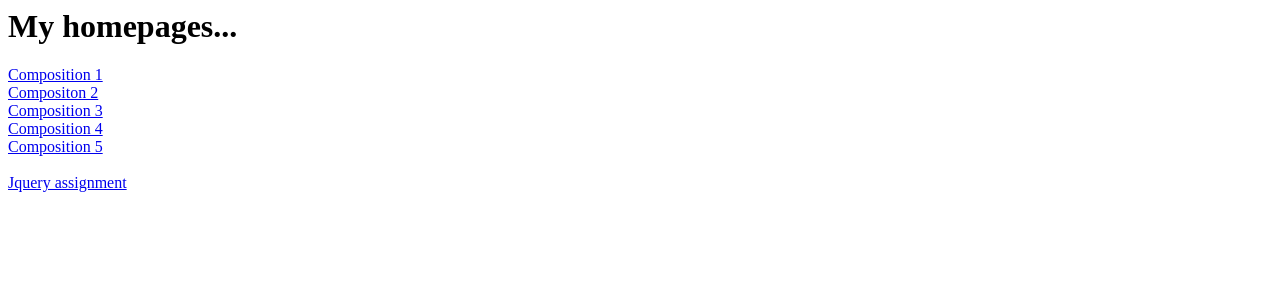
Repository: dominiquedevito/dominiquedevito.github.io
Page: index.html
The author's editor kept a record of every edit. The page is drawn from the files as they stood at one moment, then again after the next edit.
The browser window is 1280 px wide. The pictures show the whole page.

Above is the page before.

After the next edit:
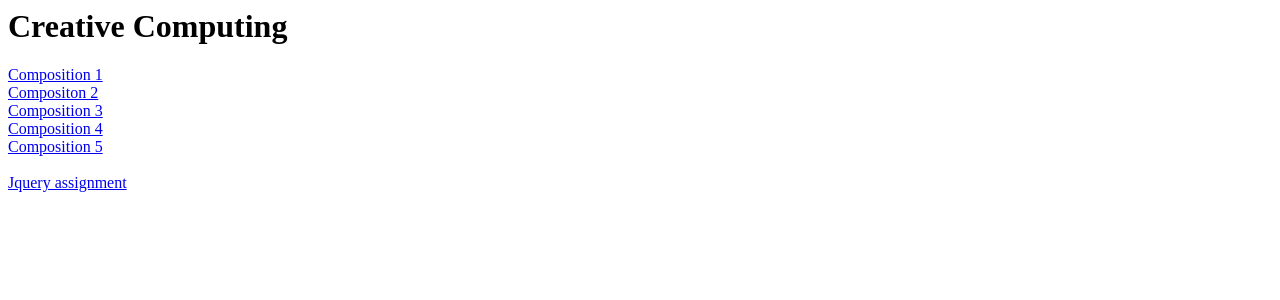
The edit:
--- a/index.html
+++ b/index.html
@@ -3,7 +3,7 @@
 		<title>Dominique DeVito</title>
 	</head>
 	<body>
-	    <h1>My homepages...</h1>
+	    <h1>Creative Computing</h1>
 	   <a href="5compositions/composition1.html">Composition 1</a><br>
 	    <a href="5compositions/composition2.html">Compositon 2</a><br>
 	    <a href="5compositions/composition3.html">Composition 3</a><br>
